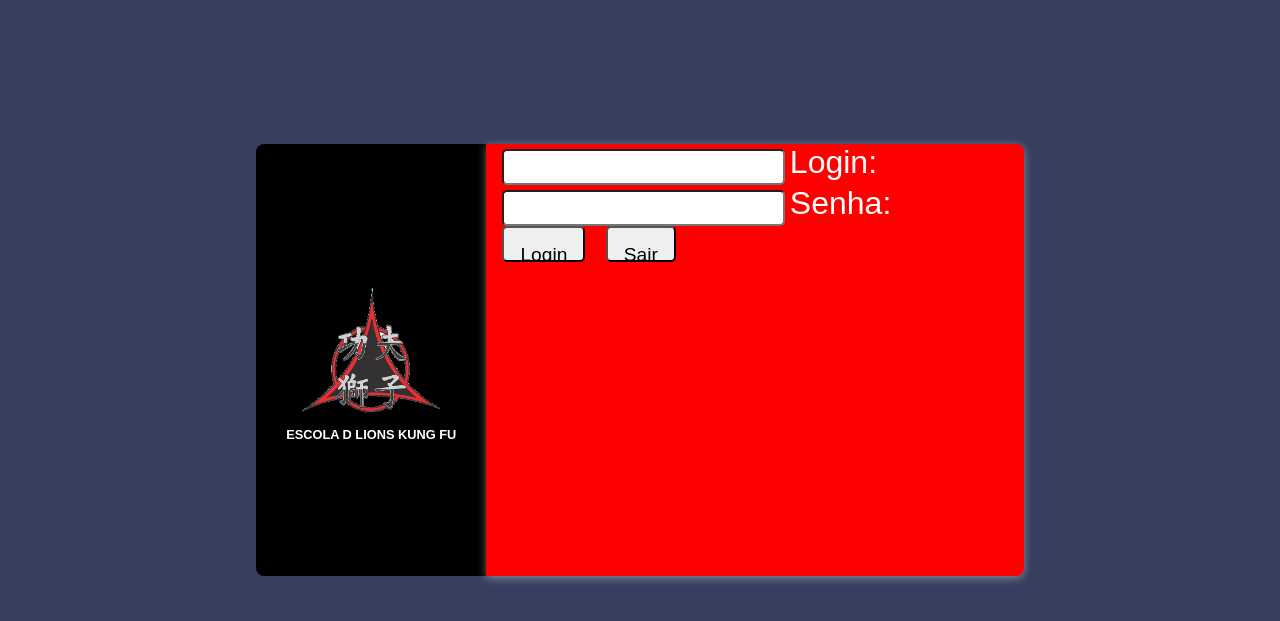
Repository: samantaProspero/projeto_integrador
Page: Versão Atual/PI_Vanila/index.html
An editor plug-in stored every save of this project. The page is shown before and after the next save, followed by the edit.
The browser window is 1280 px wide. The pictures show the whole page.

Above is the page before, as saved 2021-11-04 15:14:03.
Not found: Versão Atual/PI_Vanila/js/script.js

### Versão Atual/PI_Vanila/index.html
<!DOCTYPE html>
<html lang="pt-BR">
<head>
  <meta charset="UTF-8">
  <meta http-equiv="X-UA-Compatible" content="IE=edge">
  <meta name="viewport" content="width=device-width, initial-scale=1.0">
  <link rel="stylesheet" type="text/css" href="_css/global.css">
  <link rel="stylesheet" type="text/css" href="_css/style.css">
  <title>D Lions</title>
</head>
<body id="painel-inicial">
  <section class="login-painel">
    <div class="logo-painel">
      <img id=logo src="assets/logo.png">
      <p>ESCOLA D LIONS KUNG FU</p>
    </div>
    <div class="area-login">
      <form id="form-login" action="">
        <input type="text" name="login" id="login">
        <label for="login">Login: </label>
        <input type="text" name="senha" id="senha">
        <label for="senha">Senha: </label>
        <div id="buttons-div">
        <input type="button" value="Login">
        <input type="button" value="Sair">
        </div>
      </form>
    </div>
  </section>
  <script src="js/script.js"></script>
</body>
</html>

### Versão Atual/PI_Vanila/_css/global.css
  :root{
    --red: #E52E4D;
    --green: #33CC95;
    --blue: #5429CC;
    --blue-light: #6933FF;
    --text-title: #363F5F;
    --text-body: #969CB2;
    --background: #f0f2f5;
    --shape: #FFFFFF;
    --primary_dark: #363F5F;
  --secondary_dark: #000000;
    --primary: #FF0000;
    --bg_home: #B22222;
    --bg_cadastro:#A52A2A;
    --icon: #6495ED;
    --bg_frame: #D3D3D3;
  }
  /* font verdana 8 bold */

  *{
    margin: 0;
    padding: 0;
    box-sizing: border-box;
  }

  /* // font-size: 16px (Desktop) */
  html{
    @media (max-width: 1080px){
      font-size: 93.75%; //15px
    }
    @media (max-width: 720px){
      font-size: 87.5%;  //14px
    }
  }
  /* //REM = 1rem = 16px */
  body{
    background: var(--primary_dark);
    -webkit-font-smoothing: antialiased;
  }

  body, input, textarea, button {
    font-family: 'Poppins', sans-serif;
    font-weight: 400;
  }

  h1, h2, h3, h4, h5, h6, strong {
    font-weight: 600;
  }

  button {
    cursor: pointer;
  }



  /* [disabled] {
    opacity: 0.6;
    cursor: not-allowed;
  }

  .react-modal-overlay{
    background: rgba(0,0,0,0.5);
    position: fixed;

    top: 0;
    bottom: 0;
    right: 0;
    left: 0;

    display: flex;
    align-items: center;
    justify-content: center;
  }

  .react-modal-content{
    width: 100%;
    max-width: 576px;
    background: var(--background);
    padding: 3rem;
    position: relative;
    border-radius: 0.25rem;
  }

  .react-modal-close{
    position: absolute;
    right: 1.5rem;
    top: 1.5rem;
    border: 0;
    background: transparent;
    transition: 0.2s; */

    /* &:hover{
      filter: brightness(0.9)
    }
  } */

### Versão Atual/PI_Vanila/_css/style.css
#painel-inicial {
  width: 100vw;
  height: 100vh;
  display: flex;
  align-items: center;
  justify-content: center;
}
.login-painel {
  width: 60vw;
  height: 60vh;
  display: flex;
  flex-direction: row;
  align-items: center;
  justify-content: center;
}
.logo-painel {
  width: 30%;
  height: 100%;
  background-color: var(--secondary_dark);
  display: flex;
  flex-direction: column;
  flex: 1;
  justify-content: center;
  align-items: center;
  border-radius: 8px 0 0 8px;
}
.logo-painel p {
  color: var(--shape);
  font-size: 0.8rem;
  font-weight: bold;
}
/* .logo-painel.logo{
  display: flex;
  justify-content: center;
  align-items: center;
  box-sizing: cover;
} */
.logo-painel img {
  width: 150px;
}

.area-login {
  width: 70%;
  height: 100%;
  background-color: var(--primary);
  border-radius: 0 8px 8px 0;
  box-shadow: 0 2px 8px rgba(255, 255, 255, 0.4);
}
.area-login  p {
    color: var(--shape);
    font-size: 1.5rem;
  }
.area-login  label {
    color: var(--shape);
    font-size: 2rem;
  }
.area-login #form-login input{
  height: 1.8rem;
  padding: 1rem;
  margin-left: 1rem;
  border-radius: 5px;
  font-size: 1.2rem;

}
.area-login #form-login label{

}
.area-login #form-login #buttons-div inputbutton{
  width: 8rem;
  font-size: 1.4rem;
  padding: 0.3rem 1.8rem;
  border-radius: 5px;
  margin: 50px 20px 0;
}


/*
export const Content = styled.div`
max-width: 800px;
margin: 0 auto;
display: flex;
flex: 1;
justify-content: center;
align-items: center;
padding: 2.5rem 1rem;

export const LoginContainer = styled.div`
width: 65%;
height: 50vh;
background-color: var(--primary);
display: flex;
flex-direction: column;
justify-content: center;
align-items: center;
border-radius: 0 8px 8px 0;
box-shadow: 0 2px 8px rgba(255, 255, 255,0.4);
p{
  color: var(--shape);
  font-size: 1.5rem;
}
label{
  color: var(--shape);
  font-size: 2rem;
}
`;
export const Input = styled.div`
padding: 0.7rem;
display: flex;
align-items: center;
justify-content: right;

input{
}
`;
export const Buttons = styled.div`
padding-top: 0.7rem;

`;
`;
 */

After the next save:
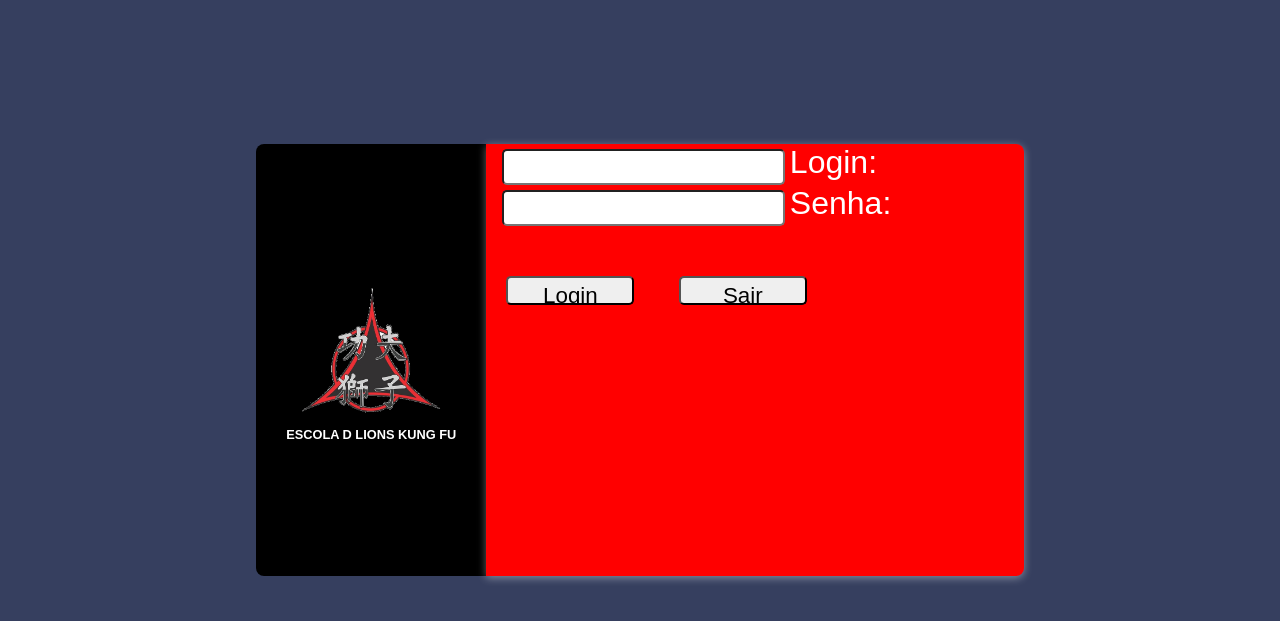
Saved 5 s later.
--- a/Versão Atual/PI_Vanila/_css/style.css
+++ b/Versão Atual/PI_Vanila/_css/style.css
@@ -65,7 +65,7 @@
 .area-login #form-login label{
 
 }
-.area-login #form-login #buttons-div inputbutton{
+.area-login #form-login #buttons-div input{
   width: 8rem;
   font-size: 1.4rem;
   padding: 0.3rem 1.8rem;
